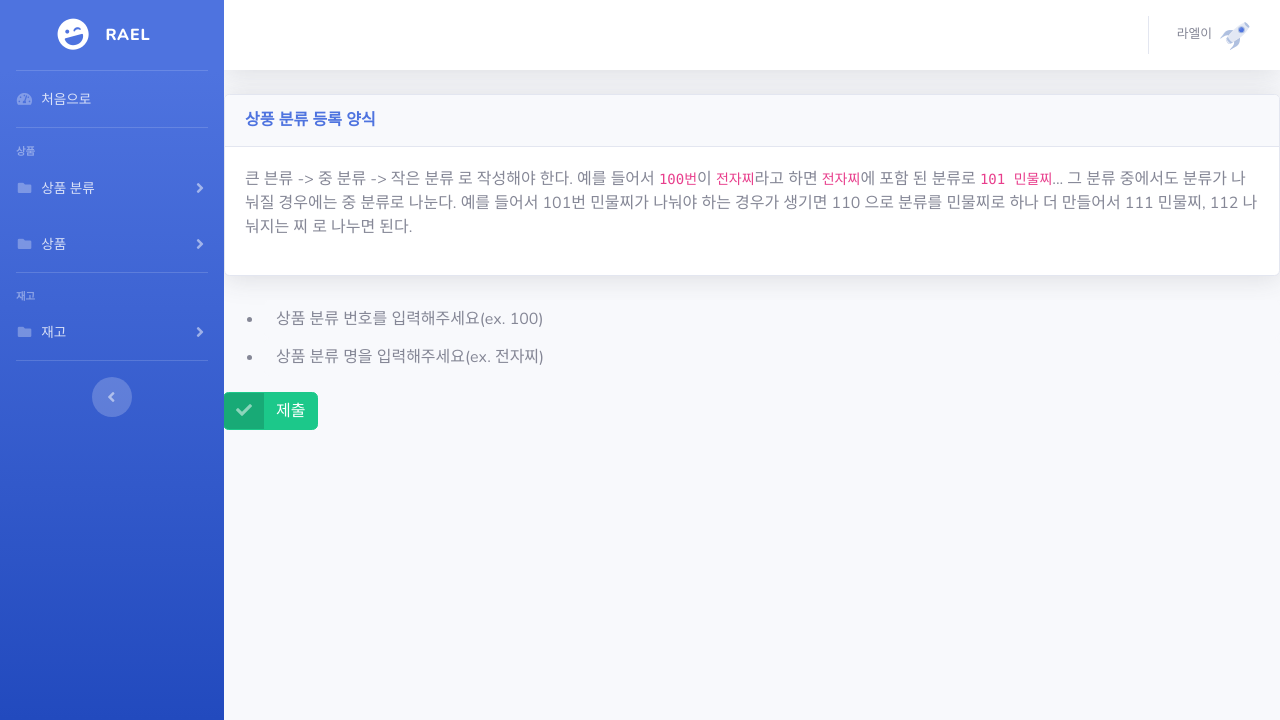
Repository: sww232/springRaelProject
Page: http://localhost/rael/WEB-INF/views/product/category_insert.jsp
An editor plug-in stored every save of this project. The page is shown before and after the next save, followed by the edit.
The browser window is 1280 px wide. The pictures show the whole page.
The page is served by Tomcat 9. Nobody is signed in. The template is opened directly, without the code that normally fills it, so the values that code supplies are empty.

Above is the page before, as saved 2022-10-06 19:06:47.

After the next save:
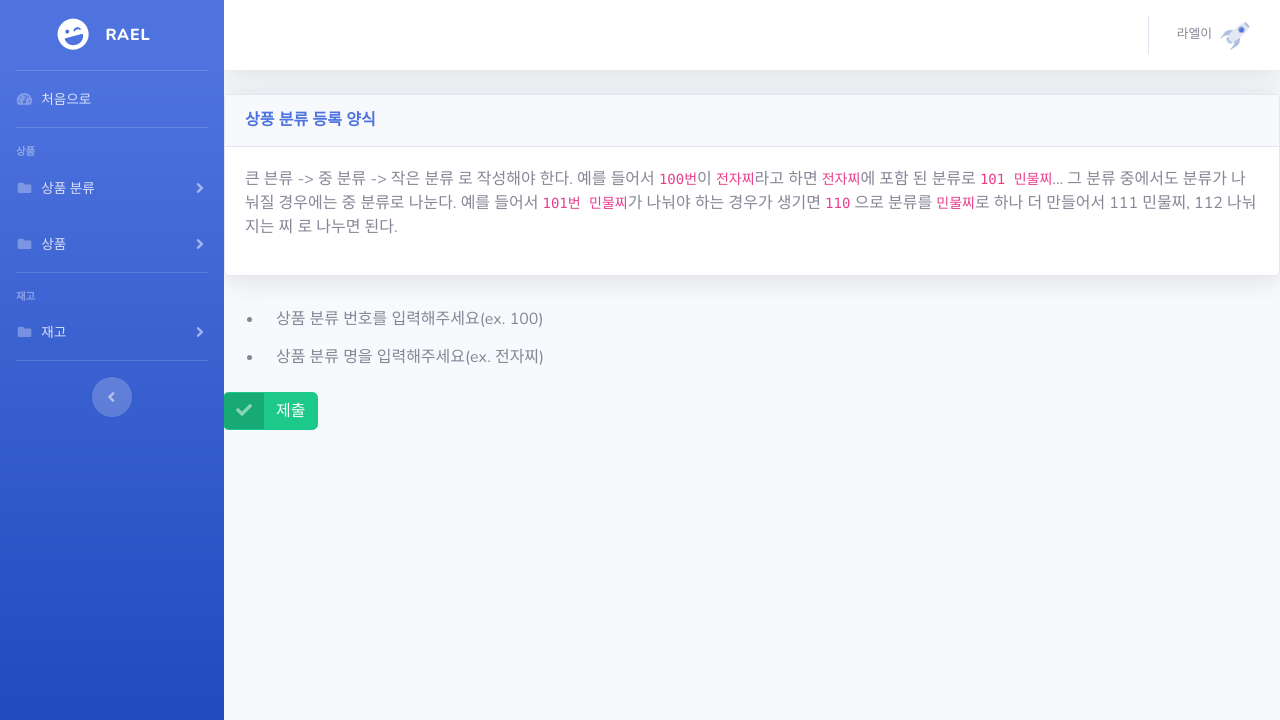
Saved 27 s later.
--- a/raelproject3/rael/src/main/webapp/WEB-INF/views/product/category_insert.jsp
+++ b/raelproject3/rael/src/main/webapp/WEB-INF/views/product/category_insert.jsp
@@ -323,8 +323,8 @@
 						큰 븐류 -> 중 분류 -> 작은 분류 로 작성해야 한다.
 						예를 들어서 <code>100번</code>이 <code>전자찌</code>라고 하면 <code>전자찌</code>에 포함 된 분류로 <code>101 민물찌</code>...
 						그 분류 중에서도 분류가 나눠질 경우에는 중 분류로 나눈다.
-						예를 들어서 101번 민물찌가 나눠야 하는 경우가 생기면
-						110 으로 분류를 민물찌로 하나 더 만들어서
+						예를 들어서 <code>101번 민물찌</code>가 나눠야 하는 경우가 생기면
+						<code>110</code> 으로 분류를 <code>민물찌</code>로 하나 더 만들어서
 						111 민물찌, 112 나눠지는 찌 로 나누면 된다.
 					</p>
 				</div>
